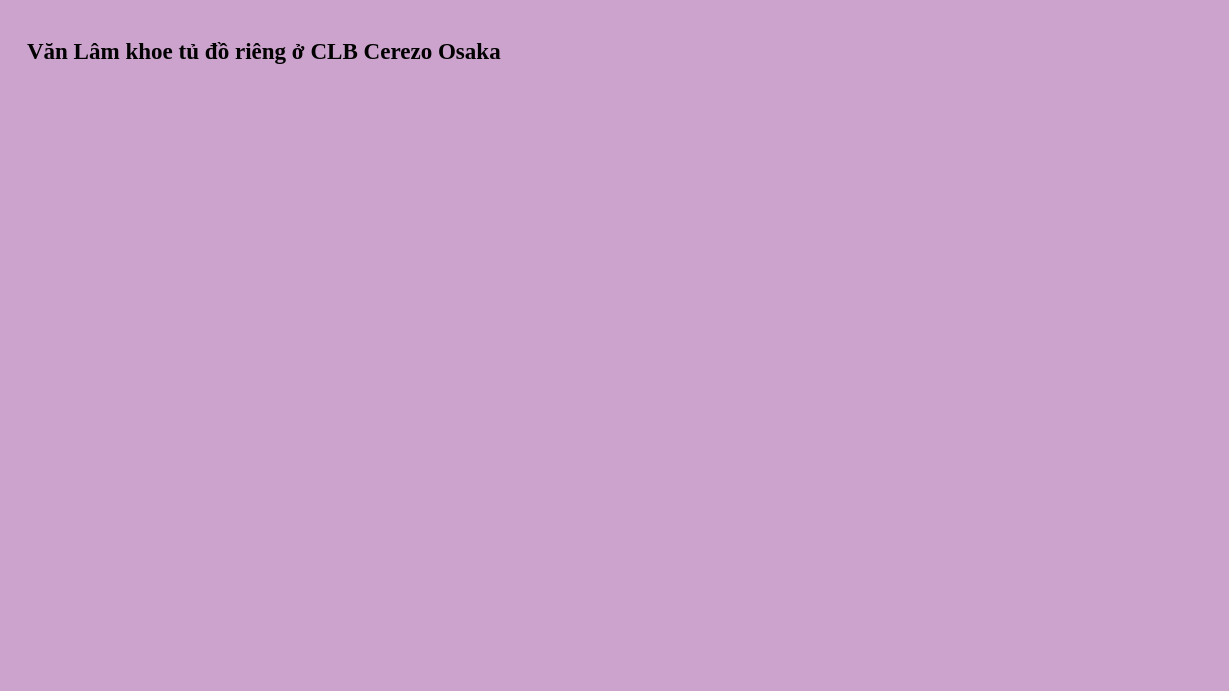
Repository: Tan-Khang21/TH_TKW--Buoi_03
Page: BT_tren_lop/Bai_2/content_left.html
These files come from the project's save history. The page is drawn as it stood at one moment and after the next save; the edit follows.
The browser window is 1280 px wide. The pictures show the whole page, at 96% of full size.

Above is the page before, as saved 2024-02-27 21:55:15.

After the next save:
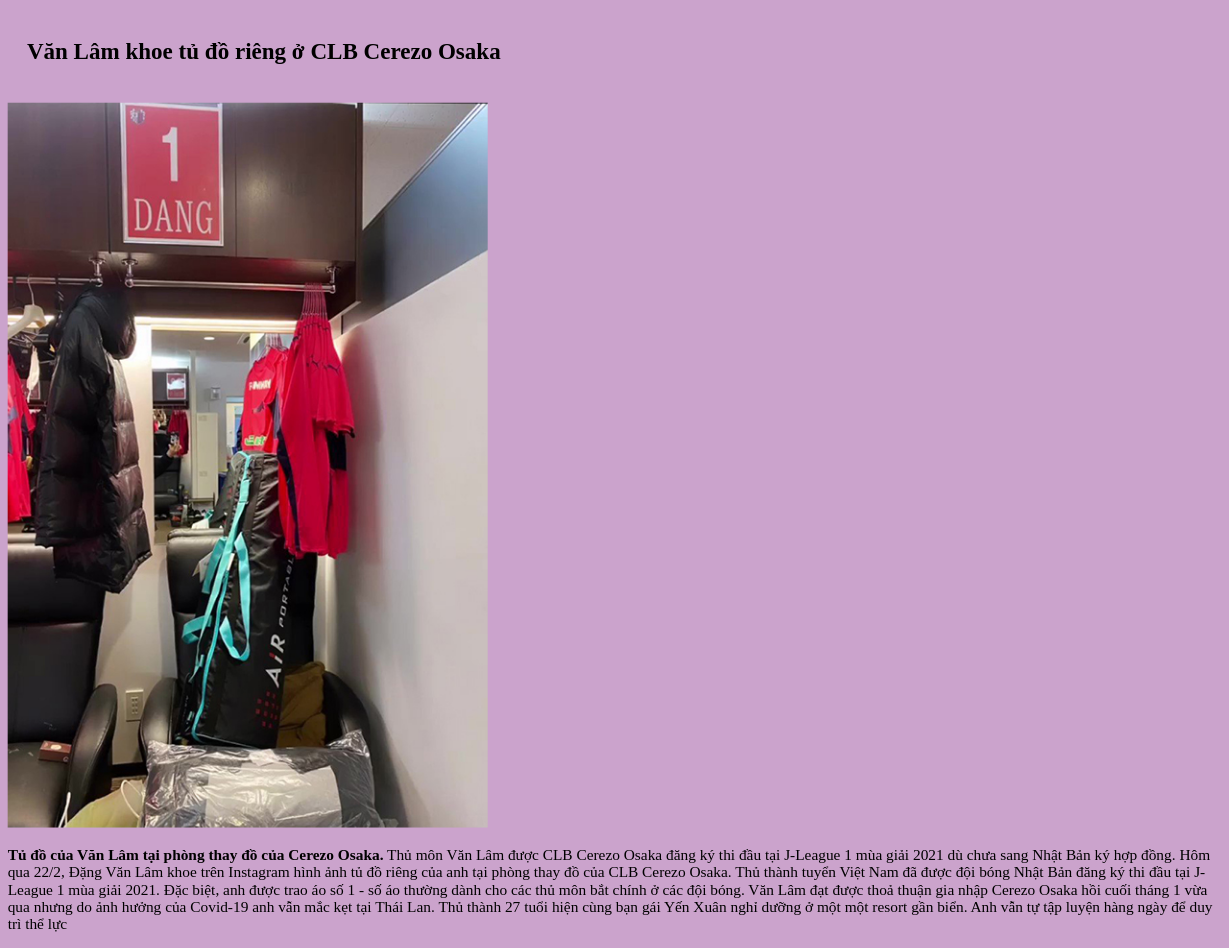
Saved 2 min 55 s later.
--- a/BT_tren_lop/Bai_2/content_left.html
+++ b/BT_tren_lop/Bai_2/content_left.html
@@ -1,11 +1,27 @@
 <!DOCTYPE html>
 <html lang="en">
-<head>
-    <meta charset="UTF-8">
-    <meta name="viewport" content="width=device-width, initial-scale=1.0">
+  <head>
+    <meta charset="UTF-8" />
+    <meta name="viewport" content="width=device-width, initial-scale=1.0" />
     <title>Document</title>
-</head>
-<body style="background-color: #cba3cc;">
-    <h2 style="padding: 20px;">Văn Lâm khoe tủ đồ riêng ở CLB Cerezo Osaka</h2>
-</body>
+  </head>
+  <body style="background-color: #cba3cc">
+    <h2 style="padding: 20px">Văn Lâm khoe tủ đồ riêng ở CLB Cerezo Osaka</h2>
+    <div>
+      <img src="/BT_tren_lop/Bai_2/images/hinh1.jpg" alt="" />
+      <p>
+        <b>Tủ đồ của Văn Lâm tại phòng thay đồ của Cerezo Osaka.</b> Thủ môn Văn Lâm
+        được CLB Cerezo Osaka đăng ký thi đầu tại J-League 1 mùa giải 2021 dù
+        chưa sang Nhật Bản ký hợp đồng. Hôm qua 22/2, Đặng Văn Lâm khoe trên
+        Instagram hình ảnh tủ đồ riêng của anh tại phòng thay đồ của CLB Cerezo
+        Osaka. Thủ thành tuyển Việt Nam đã được đội bóng Nhật Bản đăng ký thi
+        đầu tại J-League 1 mùa giải 2021. Đặc biệt, anh được trao áo số 1 - số
+        áo thường dành cho các thủ môn bắt chính ở các đội bóng. Văn Lâm đạt
+        được thoả thuận gia nhập Cerezo Osaka hồi cuối tháng 1 vừa qua nhưng do
+        ảnh hưởng của Covid-19 anh vẫn mắc kẹt tại Thái Lan. Thủ thành 27 tuổi
+        hiện cùng bạn gái Yến Xuân nghỉ dưỡng ở một một resort gần biển. Anh vẫn
+        tự tập luyện hàng ngày để duy trì thể lực
+      </p>
+    </div>
+  </body>
 </html>
